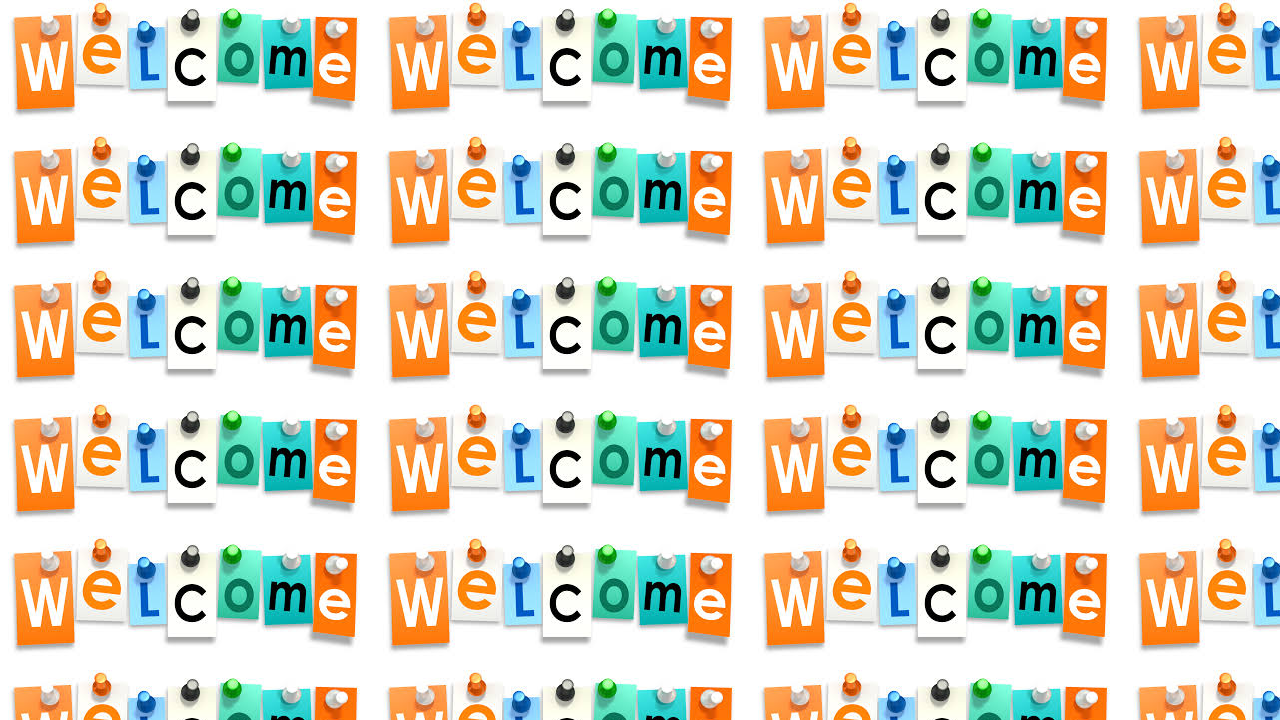
Repository: Karthi-Mano/AdvanceJavaPrograms
Page: http://localhost/ForloopJavaScript/display.jsp
The author's editor kept a copy of each file at every save. The page is drawn from the files as they stood at one save, then again after the next save.
The browser window is 1280 px wide. The pictures show the whole page.
The page is served by Tomcat 9.

Above is the page before, as saved 2018-04-03 10:36:35.

### ForloopJavaScript/WebContent/display.jsp
<%@ page language="java" contentType="text/html; charset=ISO-8859-1"
    pageEncoding="ISO-8859-1"%>
<!DOCTYPE html PUBLIC "-//W3C//DTD HTML 4.01 Transitional//EN" "http://www.w3.org/TR/html4/loose.dtd">
<html>
<head>
<meta http-equiv="Content-Type" content="text/html; charset=ISO-8859-1">
<title>Insert title here</title>
<style type="text/css">
.bg
{

 background-image: url("img.jpg");
}
</style>
</head>
<body class="bg">

</body>
</html>

After the next save:
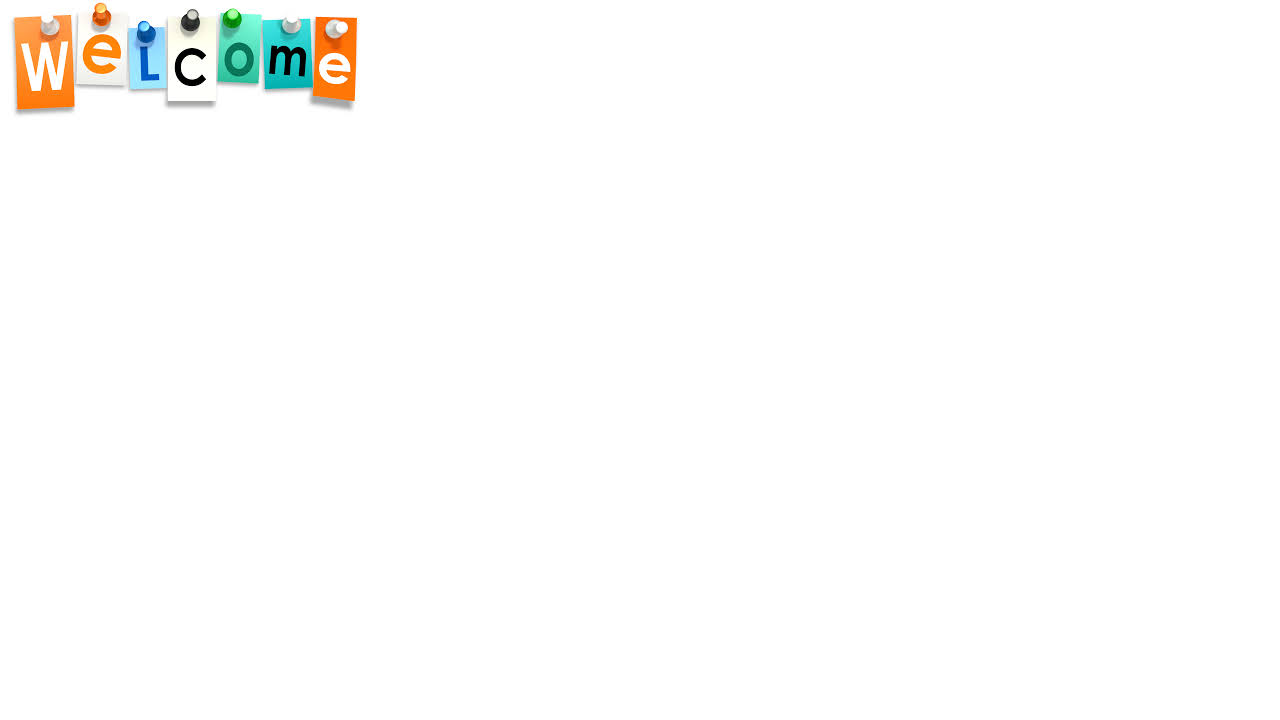
Saved 19 s later.
--- a/ForloopJavaScript/WebContent/display.jsp
+++ b/ForloopJavaScript/WebContent/display.jsp
@@ -10,6 +10,7 @@
 {
 
  background-image: url("img.jpg");
+ background-repeat: no-repeat;
 }
 </style>
 </head>
